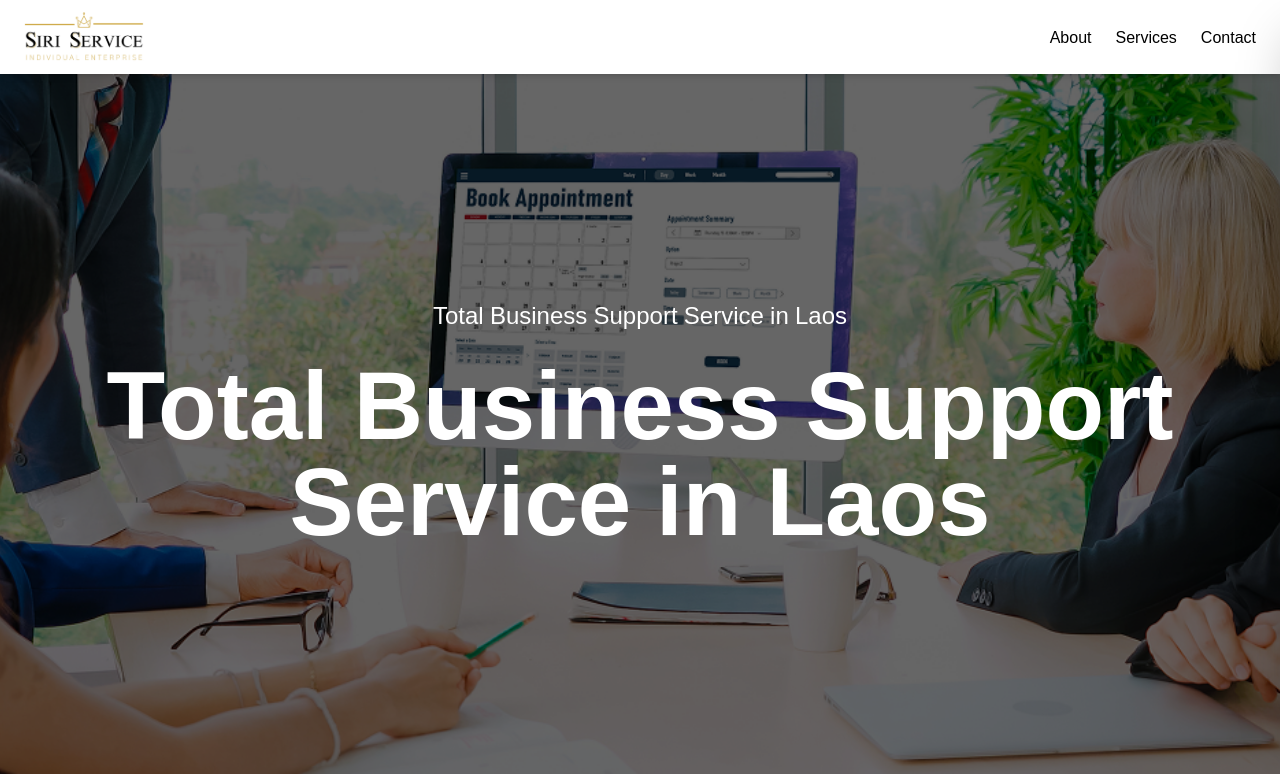
Repository: Phailin-teamplate/siri-service-web
Page: /
The author's editor kept a copy of each file at every save. The page is drawn from the files as they stood at one save, then again after the next save.
The browser window is 1280 px wide. The pictures show the whole page.
The project was rebuilt for these pictures with package versions that can differ from the ones it lists, and the page was loaded fresh each time. The framework's server and built-in components were replaced by stand-ins that run in the browser. Also part of the build but not shown: next.config.ts.

Above is the page before, as saved 2025-07-02 14:01:09.

### src/app/layout.tsx
"use client";

import React, { useState, useEffect } from "react";
import { ArrowUpIcon } from "@heroicons/react/24/solid"; // Importing the arrow icon
import { Geist, Geist_Mono } from "next/font/google";
import { Inter, Noto_Sans_Lao } from "next/font/google";
import "./globals.css";
import Navbar from "@/src/components/navbar";

const notoSansLao = Noto_Sans_Lao({ subsets: ["lao"] });


export default function RootLayout({
  children,
}: Readonly<{
  children: React.ReactNode;
}>) {
  const [isVisible, setIsVisible] = useState(false);

  // Detect scroll position and show button when scrolling down
  const handleScroll = () => {
    if (window.scrollY > 300) {
      setIsVisible(true);
    } else {
      setIsVisible(false);
    }
  };

  useEffect(() => {
    window.addEventListener("scroll", handleScroll);
    return () => {
      window.removeEventListener("scroll", handleScroll);
    };
  }, []);

  const scrollToTop = () => {
    window.scrollTo({ top: 0, behavior: "smooth" });
  };

  return (
    <html lang="en">
      <body
        className={`${notoSansLao.className} antialiased`}
      >
        <Navbar />
        {children}
        {/* <Footer /> */}

        {/* Popup Button with Icon for Scrolling to Top */}
        {isVisible && (
             <button
             onClick={scrollToTop}
             className="fixed bottom-2 right-5 md:bottom-5 md:right-10 bg-blue-500 text-white p-2 md:p-4 rounded-full shadow-lg hover:bg-blue-600 focus:outline-none transition-transform transform hover:scale-110"
           >
             {/* Heroicon Arrow Up Icon */}
             <ArrowUpIcon className="h-5 w-5 md:h-6 md:w-6" />
           </button>
        )}
      </body>
    </html>
  );
}

### src/app/page.tsx
import React from "react";
import Homepage from "@/src/components/Homepage";

export const metadata = {
  title: "About | TEAMPLATE",
  description:
    "Learn about TEAMPLATE — our story, mission, team, and values that drive our innovation.",
  keywords: ["teamplate", "about", "our story", "mission", "values", "team"],
  openGraph: {
    title: "About | TEAMPLATE",
    description:
      "Discover TEAMPLATE's story, mission, and the people behind our success.",
    url: "https://yourdomain.com/about",
    siteName: "TEAMPLATE",
    images: [
      {
        url: "https://yourdomain.com/images/about-og.jpg", // ✅ Replace with actual path
        width: 1200,
        height: 630,
        alt: "About TEAMPLATE",
      },
    ],
    locale: "en_US",
    type: "website",
  },
};

export default function Home() {
  return (
    <section className="w-full" id="about">
      <Homepage/>
    </section>
  );
}

### src/components/navbar.tsx
import { useState, useCallback, useEffect } from "react";
import Image from "next/image";
import { Menu, X } from "lucide-react";
import Logo from "@/public/logo/Siri Service.png";

export default function Navbar() {
  const [isOpen, setIsOpen] = useState(false);

  // Function for smooth scrolling
  const handleSmoothScroll = useCallback((targetId: string) => {
    setIsOpen(false); // Close the sidebar

    if (targetId === "/") {
      window.scrollTo({ top: 0, behavior: "smooth" });
    } else {
      const targetElement = document.querySelector(targetId);
      if (targetElement) {
        targetElement.scrollIntoView({ behavior: "smooth" });
      }
    }
  }, []);

  const [isScrolled, setIsScrolled] = useState(false);

  // Detect scroll to change navbar background
  useEffect(() => {
    const handleScroll = () => {
      const scrollTop = window.scrollY;
      setIsScrolled(scrollTop > 10); // Trigger when scrolled 10px
    };

    window.addEventListener("scroll", handleScroll);

    return () => window.removeEventListener("scroll", handleScroll);
  }, []);

  return (
    <div className="w-full sticky top-0 z-50 bg-white shadow-md">
      <nav className="flex items-center justify-between px-6 py-3">
        {/* Logo */}
        <button
          onClick={() => handleSmoothScroll("/")}
          className="p-0 border-none bg-transparent active:opacity-80"
        >
          <Image
            className="w-20 sm:w-20 md:w-30 lg:w-30 xl:w-30 2xl:w-30 h-auto"
            src={Logo}
            alt="Appstore"
            priority
          />
        </button>

        {/* Desktop Links */}
        <div className="hidden md:flex gap-6">
          <button
            onClick={() => handleSmoothScroll("#about")}
            className="hover:text-blue-600 hover:underline transition-colors text-black duration-200 cursor-pointer"
          >
            About
          </button>
          <button
            onClick={() => handleSmoothScroll("#services")}
            className="hover:text-blue-600 hover:underline transition-colors text-black duration-200 cursor-pointer"
          >
            Services
          </button>
          <button
            onClick={() => handleSmoothScroll("#contact")}
            className="hover:text-blue-600 hover:underline transition-colors text-black duration-200 cursor-pointer"
          >
            Contact
          </button>
        </div>

        {/* Mobile Menu Button */}
        <button
          className="md:hidden focus:outline-none"
          onClick={() => setIsOpen(!isOpen)}
          aria-label="Toggle Menu"
        >
          {isOpen ? <X size={28} /> : <Menu size={28} />}
        </button>
      </nav>

      {/* Overlay (Closes menu when clicked) */}
      {isOpen && (
        <div
          className="fixed inset-0 z-40"
          onClick={() => setIsOpen(false)}
        ></div>
      )}

      {/* Mobile Sidebar */}
      <div
        className={`fixed top-0 right-0 h-full w-64 bg-white shadow-2xl p-6 flex flex-col transition-transform ${
          isOpen ? "translate-x-0" : "translate-x-full"
        } duration-300 ease-in-out z-50`}
      >
        {/* Sidebar Header */}
        <div className="flex justify-between items-center pb-4 mt-1">
          <h3 className="text-black text-2xl font-semibold">Menu</h3>
          <button
            className="text-black text-3xl font-bold focus:outline-none"
            onClick={() => setIsOpen(false)}
            aria-label="Close Menu"
          >
            <X size={28} />
          </button>
        </div>

        {/* Sidebar Links */}
        <div className="flex flex-col items-start gap-4 pb-4">
          <button
            onClick={() => handleSmoothScroll("#about")}
            className="hover:text-blue-600 hover:underline transition-colors duration-200 cursor-pointer"
          >
            About
          </button>
          <button
            onClick={() => handleSmoothScroll("#services")}
            className="hover:text-blue-600 hover:underline transition-colors duration-200 cursor-pointer"
          >
            Services
          </button>
          <button
            onClick={() => handleSmoothScroll("#contact")}
            className="hover:text-blue-600 hover:underline transition-colors duration-200 cursor-pointer"
          >
            Contact
          </button>
        </div>
      </div>
    </div>
  );
}

### src/components/Homepage.tsx
import Image from "next/image";
import BgSiri from "@/public/bg-siri.png";
import type { Metadata } from "next";

export const metadata: Metadata = {
  title: "SiriService | About Us",
  description: "We are a Laos-based IT startup aiming for the global market.",
};

export default function Homepage() {
  return (
    <div className="flex flex-col ">
      <div className="flex justify-center">
        <div className="relative w-full h-[400px] xs:h-[600px] sm:h-[650px] md:h-[700px] lg:h-[700px]">
          {/* Background Image */}
          <Image src={BgSiri} alt="StartUp" fill className="object-cover" />

          {/* Gradient Overlay */}
          <div className="absolute inset-0 bg-black/60 z-10" />

          {/* Centered Content */}
          <div className="absolute inset-0 z-20 flex flex-col items-center justify-center text-center px-4">
            <div className="mb-4 sm:mb-6">
              <p className="text-white text-sm xs:text-base sm:text-xl md:text-2xl font-medium">
                Total Business Support Service in Laos
              </p>
            </div>
            <h1 className="text-white text-4xl xs:text-5xl sm:text-6xl md:text-7xl lg:text-8xl font-bold">
              Total Business Support Service in Laos
            </h1>
          </div>
        </div>
      </div>


    </div>
  );
}

Loaded but not shown: src/app/globals.css (common file)

After the next save:
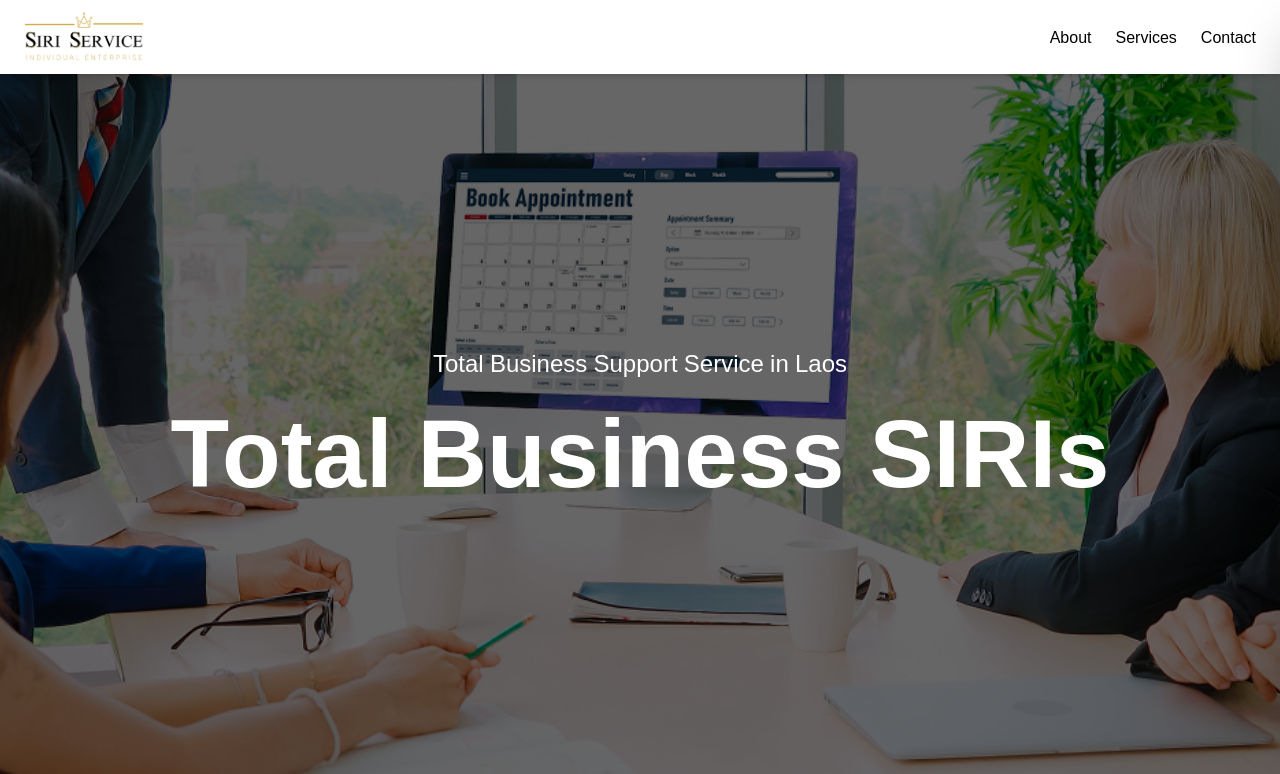
Saved 12 s later.
--- a/src/components/Homepage.tsx
+++ b/src/components/Homepage.tsx
@@ -26,7 +26,7 @@
               </p>
             </div>
             <h1 className="text-white text-4xl xs:text-5xl sm:text-6xl md:text-7xl lg:text-8xl font-bold">
-              Total Business Support Service in Laos
+              Total Business SIRIs
             </h1>
           </div>
         </div>
